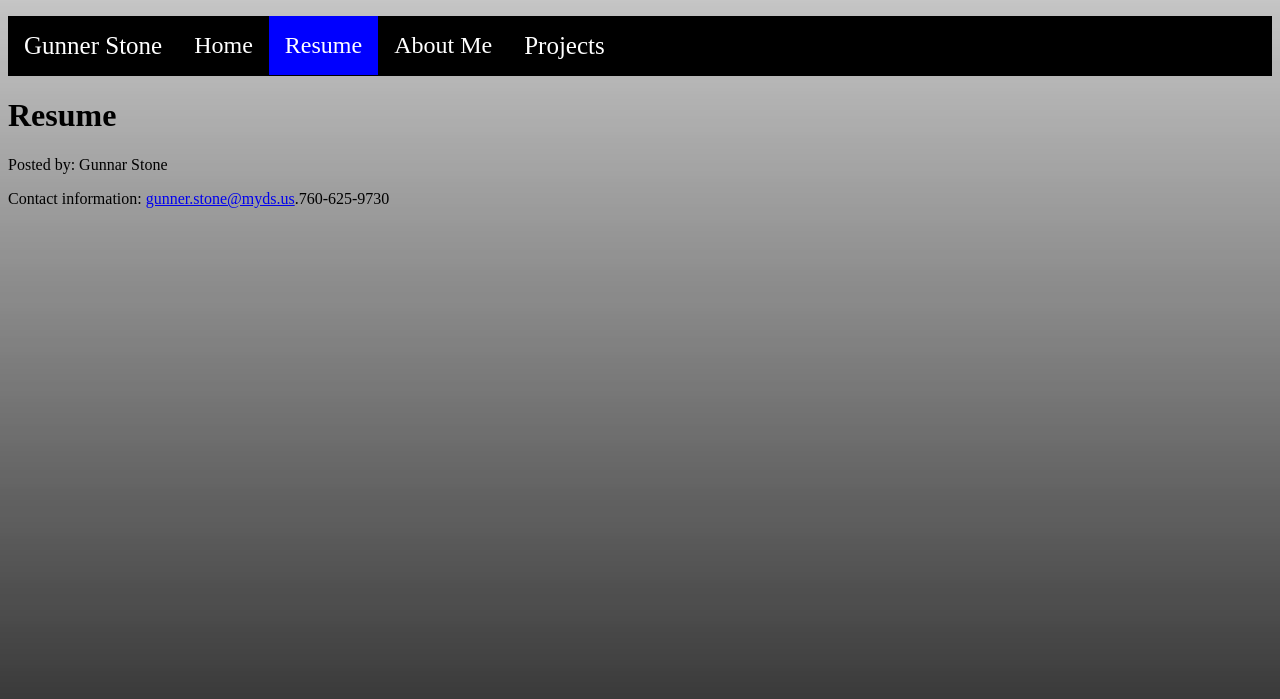
Repository: GunnarStone/GunnarStone.github.io
Page: resume.html
The author's editor kept a record of every edit. The page is drawn from the files as they stood at one moment, then again after the next edit.
The browser window is 1280 px wide. The pictures show the whole page.

Above is the page before.

### resume.html
<!DOCTYPE html>
<html>
<head>
<title>Home</title>
<link rel="stylesheet" type="text/css" href="style.css">
</head>
<body>
    <ul class=navbar>
        <li id="me">Gunner Stone</li>
        <li><a href="index.html">Home</a></li>
        <li class="active"><a href="resume.html">Resume</a></li>
        <li><a href="aboutme.html">About Me</a></li>
        <li class="dropdown">
            <div class="youre-Special" >Projects</div>
            <ul class="dropdown-cnt">
                <li><a href="project1.html">Project One</a></li>
                <li><a href="project2.html">Project Two</a></li>
                <li><a href="project3.html">Project Three</a></li>
            </ul>
        </li>
    </ul>
    <h1 class="centerh1tag">Resume</h1>
<script>
</script>
</body>
<footer id="footerColor"class="center">
  <p>Posted by: Gunnar Stone</p>
  <p>Contact information: <a href="gunner.stone@myds.us">
  gunner.stone@myds.us</a>.760-625-9730</p>
</footer>
</html>

### style.css

    .navbar {
        list-style:none;
        background-color:Black;
        overflow: hidden;
        padding:0;
    }
    .navbar a{
        text-decoration:none;
        color:white;
        font-size:24px;
        padding:16px;
        display: inline-block;
    }
    .navbar li{
        float:left;
    }
    .navbar li:hover{
        background-color:Black;
    }
    .dropdown-cnt{
        list-style:none;
        padding:0;
        display:none;
    }
    .dropdown-cnt li{
        float:none;
        padding:0;
    }
    .navbar a, dropdown div {
        text-decoration:none;
        color:white;
        font-size:24px;
        padding:16px;
        display: inline-block;
    }
    .youre-Special{
        font-size: 25px;
        padding:16px;
        color:white;
        display:inline-block;
    }
    .dropdown:hover .dropdown-cnt{
        display:block;
    }
    .navbar a:hover{
        background-color:White;
        color:black;

    }
    .active {
        background-color:blue;
    }
        .navbar {
        list-style:none;
        background-color:Black;
        overflow: hidden;
        padding:0;
    }
    .navbar a{
        text-decoration:none;
        color:white;
        font-size:24px;
        padding:16px;
        display: inline-block;
    }
    .navbar li{
        float:left;
    }
    .navbar li:hover{
        background-color:Black;
    }
    .dropdown-cnt{
        list-style:none;
        padding:0;
        display:none;
    }
    .dropdown-cnt li{
        float:none;
        padding:0;
    }
    .navbar a, dropdown div {
        text-decoration:none;
        color:white;
        font-size:24px;
        padding:16px;
        display: inline-block;
    }
    .youre-Special{
        font-size: 25px;
        padding:16px;
        color:white;
        display:inline-block;
    }
    .dropdown:hover .dropdown-cnt{
        display:block;
    }
    .navbar a:hover{
        background-color:White;
        color:black;
    }
    .active{
        background-color:blue;
    }
    .youreOmegaSpecial{
        background-color:blue;
        font-size: 25px;
        padding:16px;
        color:white;
        display:inline-block;
    }
    .heyKid-yourePrettySpecial{
        background-color:blue;
    }
    body {
          background: url(data:[embedded picture, 1707 characters]) no-repeat center fixed;
          background-size: cover;
        }
        #me {
            color:white;
            font-size: 25px;
            padding:16px;
            display:inline-block;
        }

After the next edit:
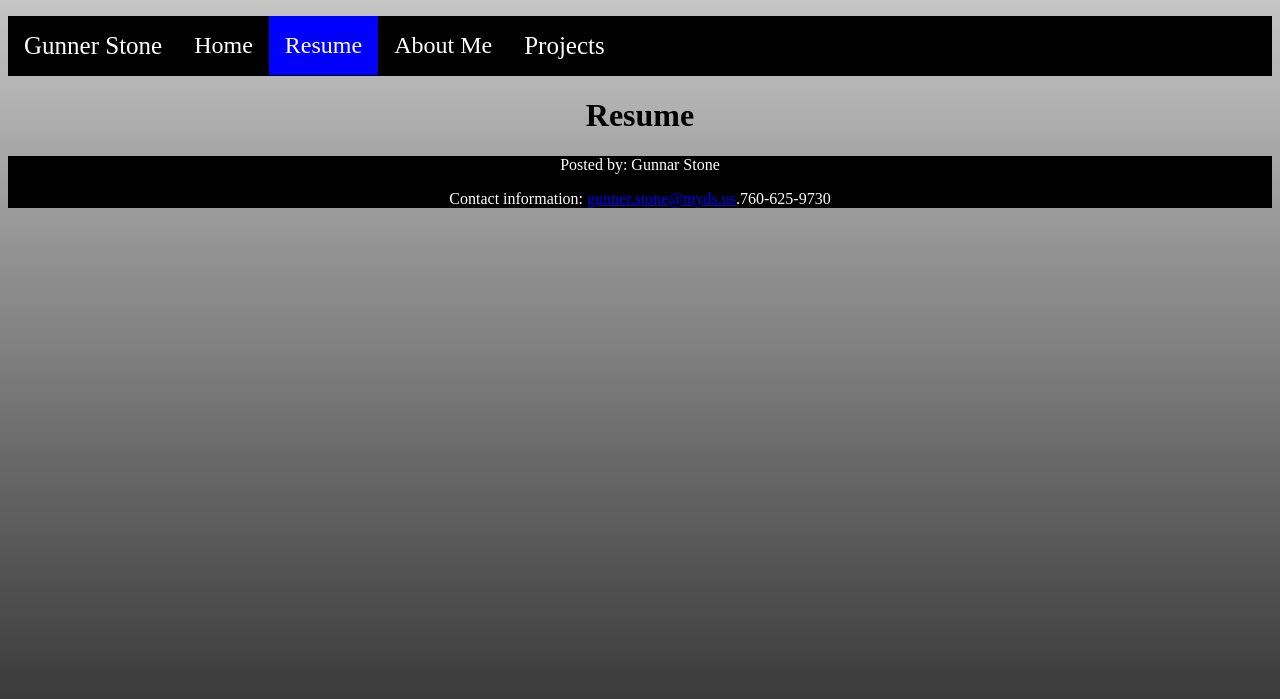
The edit:
--- a/style.css
+++ b/style.css
@@ -116,9 +116,19 @@
           background: url(data:[embedded picture, 1707 characters]) no-repeat center fixed;
           background-size: cover;
         }
-        #me {
-            color:white;
-            font-size: 25px;
-            padding:16px;
-            display:inline-block;
-        }
+    #me {
+        color:white;
+        font-size: 25px;
+        padding:16px;
+        display:inline-block;
+    }
+    .centerh1tag{
+        text-align: center;
+    }
+    .center {
+        text-align:center;
+    }
+    #footerColor{
+        background-color:black;
+        color:white;
+    }
